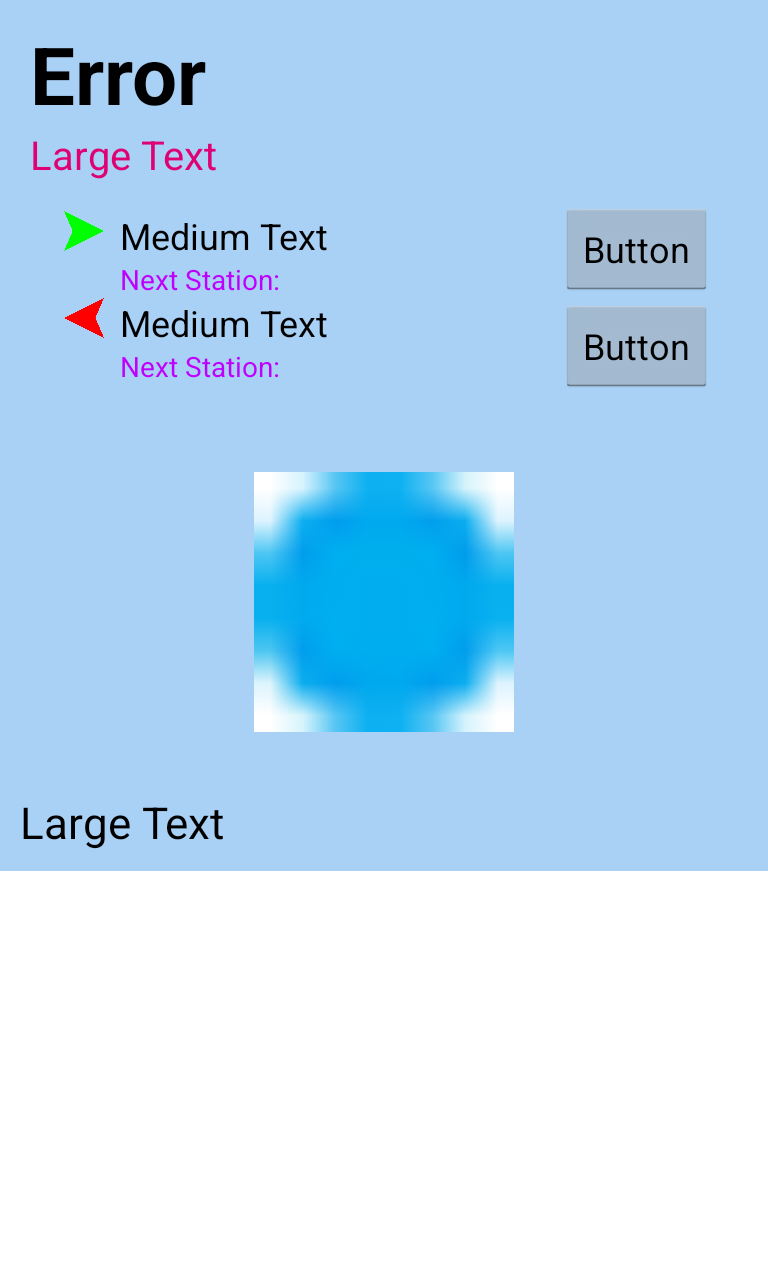
Repository: patheon17/myrepo2
Layout: workspace/UMBusTracking/res/layout/single_list_item_view.xml
The author's editor kept a copy of each file at every save. The layout is drawn from the files as they stood at one save, then again after the next save.
It is drawn on a 768 x 1280 px phone screen (xhdpi) without system bars, with theme AppTheme; the app's code is not run.

Above is the layout before, as saved 2013-10-03 18:43:27.

### workspace/UMBusTracking/res/layout/single_list_item_view.xml
<?xml version="1.0" encoding="utf-8"?>
<ScrollView xmlns:android="http://schemas.android.com/apk/res/android"
    android:layout_width="fill_parent" android:layout_height="fill_parent">

<RelativeLayout
    android:layout_width="match_parent"
    android:layout_height="match_parent"
    android:background="@color/background_lime"
    android:orientation="vertical" >

    <TextView
        android:id="@+id/viewstoptitle"
        android:layout_width="fill_parent"
        android:layout_height="wrap_content"
        android:paddingLeft="15sp"
         android:layout_marginTop="10sp"
        android:text="@string/viewstoptitle"
        android:textColor="#000000"
        android:textSize="40sp"
        android:textStyle="bold" />

    <TextView
        android:id="@+id/routename"
        android:layout_width="match_parent"
        android:layout_height="wrap_content"
        android:layout_below="@+id/viewstoptitle"
        android:paddingLeft="15sp"
        android:textSize="20sp"
        android:text="Large Text"
        android:textColor="#DF0174"
        android:textAppearance="?android:attr/textAppearanceLarge" />

    <RelativeLayout
    android:layout_width="match_parent"
    android:layout_height="match_parent"
    android:id="@+id/div1"
    android:layout_below="@+id/routename"
    android:padding="10sp"
    >


    <TextView
        android:id="@+id/routeto11"
        android:layout_width="wrap_content"
        android:layout_height="wrap_content"
        android:layout_alignLeft="@+id/nextstation"
         android:layout_below="@+id/nextstation"
        android:text="Medium Text"
        android:textAppearance="?android:attr/textAppearanceMedium" />


    <TextView
        android:id="@+id/routefrom"
        android:layout_width="wrap_content"
        android:layout_height="wrap_content"
        android:layout_alignParentLeft="true"
        android:layout_below="@+id/routename"
        android:layout_marginLeft="50dp"
        android:text="Medium Text"
         android:layout_marginTop="5sp"
        android:textAppearance="?android:attr/textAppearanceMedium" />

    <ImageView
        android:id="@+id/greenarrow"
        android:layout_width="20sp"
        android:layout_height="20sp"
        android:layout_alignParentLeft="true"
        android:layout_alignTop="@+id/routefrom"
        android:layout_marginLeft="22dp"

        android:src="@drawable/arrowgreen" />

    <TextView
        android:id="@+id/nextstation"
        android:layout_width="wrap_content"
        android:layout_height="wrap_content"
        android:layout_alignLeft="@+id/routefrom"
        android:layout_below="@+id/routefrom"
        android:text="Next Station: "
        android:textColor="#BF00FF"
        android:textAppearance="?android:attr/textAppearanceSmall" />

    <ImageView
        android:id="@+id/redarrow"
        android:layout_width="20sp"
        android:layout_height="20sp"
        android:layout_alignLeft="@+id/greenarrow"
         android:layout_alignTop="@+id/routeto11"
        android:src="@drawable/redarrow" />



    <TextView
        android:id="@+id/nextstation1"
        android:layout_width="wrap_content"
        android:layout_height="wrap_content"
        android:layout_alignLeft="@+id/routeto11"
        android:layout_below="@+id/routeto11"
        android:text="Next Station: "
         android:textColor="#BF00FF"
        android:textAppearance="?android:attr/textAppearanceSmall" />


    <Button
        android:id="@+id/button1"
        android:layout_width="wrap_content"
        android:layout_height="wrap_content"
        android:layout_alignParentRight="true"
        android:layout_marginRight="17dp"
        android:text="Button" />

    <Button
        android:id="@+id/button2"
        android:layout_width="wrap_content"
        android:layout_height="wrap_content"
        android:layout_alignLeft="@+id/button1"
        android:layout_below="@+id/nextstation"
        android:text="Button" />


    </RelativeLayout>

     <ImageView
        android:id="@+id/imageView1"
        android:layout_width="match_parent"
        android:layout_height="150dp"
        android:layout_alignParentLeft="true"
        android:layout_below="@+id/div1"
        android:layout_marginTop="19dp"
        android:padding="10sp"
        android:src="@drawable/stops" />

     <TextView
        android:id="@+id/description"
        android:layout_width="match_parent"
        android:layout_height="wrap_content"
        android:layout_below="@+id/imageView1"
        android:text="Large Text"
        android:layout_marginTop="10sp"
        android:padding="10sp"
        android:textAppearance="?android:attr/textAppearanceLarge" />

</RelativeLayout>
</ScrollView>

### workspace/UMBusTracking/res/values/styles.xml
<resources>

    <!--
        Base application theme, dependent on API level. This theme is replaced
        by AppBaseTheme from res/values-vXX/styles.xml on newer devices.
    -->
    <style name="AppBaseTheme" parent="android:Theme.Light">
        <!--
            Theme customizations available in newer API levels can go in
            res/values-vXX/styles.xml, while customizations related to
            backward-compatibility can go here.
        -->
    </style>

    <!-- Application theme. -->
    <style name="AppTheme" parent="AppBaseTheme">
        <!-- All customizations that are NOT specific to a particular API-level can go here. -->
    </style>


</resources>

### workspace/UMBusTracking/res/values/strings.xml
<?xml version="1.0" encoding="utf-8"?>
<resources>

    <string name="app_name">UMBusTracking</string>
    <string name="action_settings">Settings</string>
    <string name="hello_world">Hello world!</string>
    <string name="button">Connect</string>
    <string name="title_activity_info">InfoActivity</string>
    <string name="title_activity_test2">Test2</string>
    <string name="title_activity_view_stops_details">View Bus Stops Details/Information</string>
    <string name="viewstoptitle">Error</string>
    <string name="title_activity_nearest_stop">NearestStop</string>
    <string name="displaystop">error</string>

    <color name="background_lime">#A9D0F5</color>

    <string name="routename">On Route</string>
    <string name="stopname">Bus Stop</string>
    <string name="title_activity_display_busses">DisplayBusses</string>

</resources>

Loaded but not shown: workspace/UMBusTracking/res/values-v11/styles.xml (common file); workspace/UMBusTracking/res/values-v14/styles.xml (common file)

After the next save:
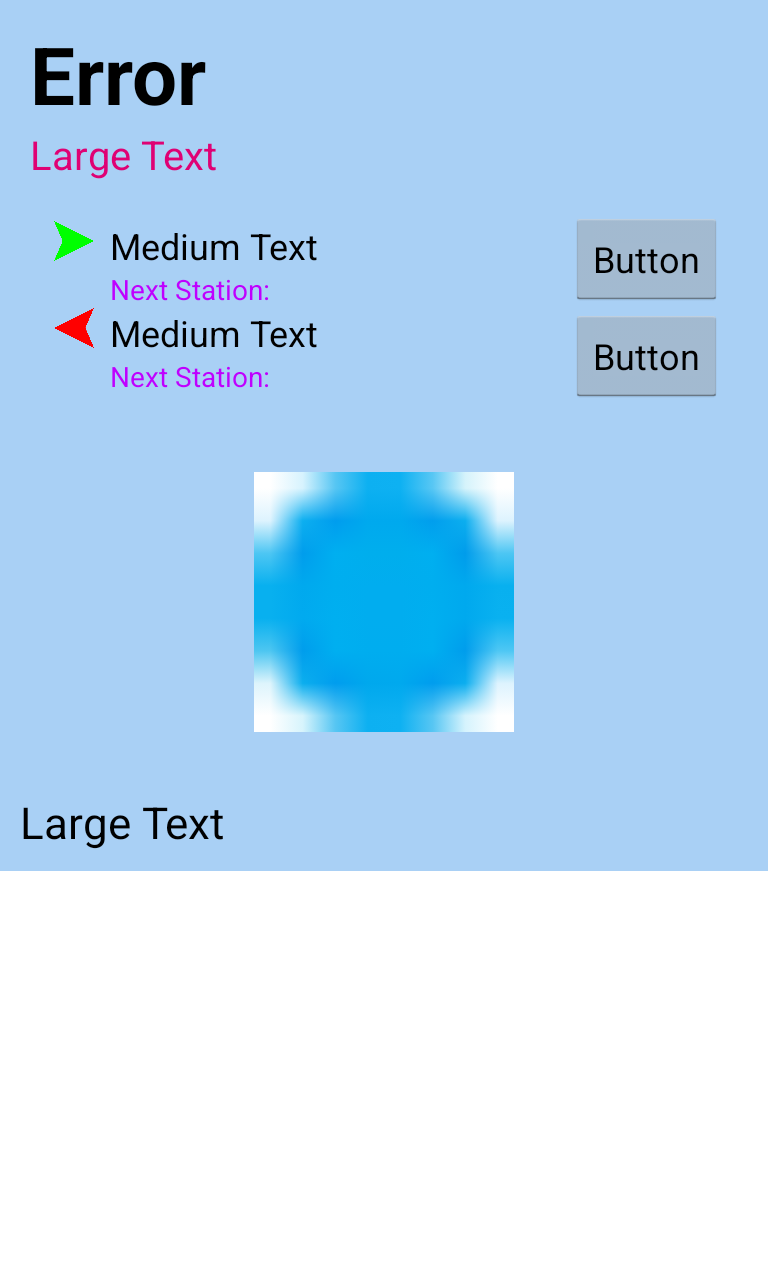
Saved 30 s later.
--- a/workspace/UMBusTracking/res/layout/single_list_item_view.xml
+++ b/workspace/UMBusTracking/res/layout/single_list_item_view.xml
@@ -35,7 +35,8 @@
     android:layout_height="match_parent"
     android:id="@+id/div1"
     android:layout_below="@+id/routename"
-    android:padding="10sp"
+    android:padding="5sp"
+    android:layout_marginTop="10sp"
     >
 
 
